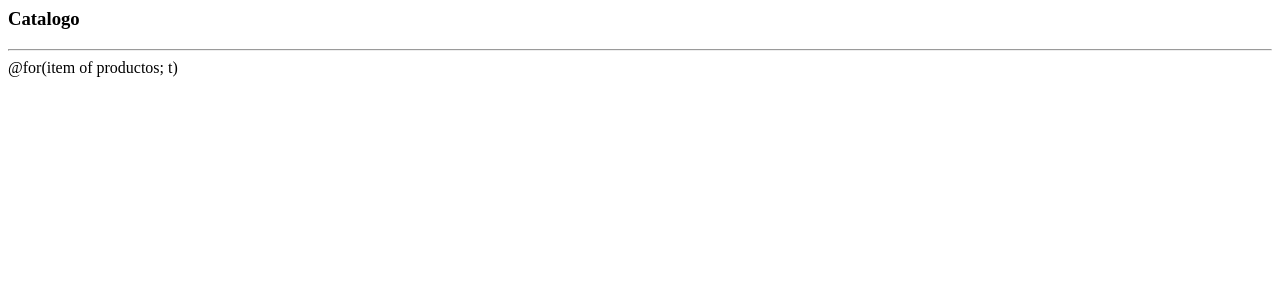
Repository: JoanOrobio77/Online_Store_Angular
Page: src/app/pages/catalogo/catalogo.html
These files come from the project's save history. The page is drawn as it stood at one moment and after the next save; the edit follows.
The browser window is 1280 px wide. The pictures show the whole page.

Above is the page before, as saved 2025-06-26 03:54:16.

After the next save:
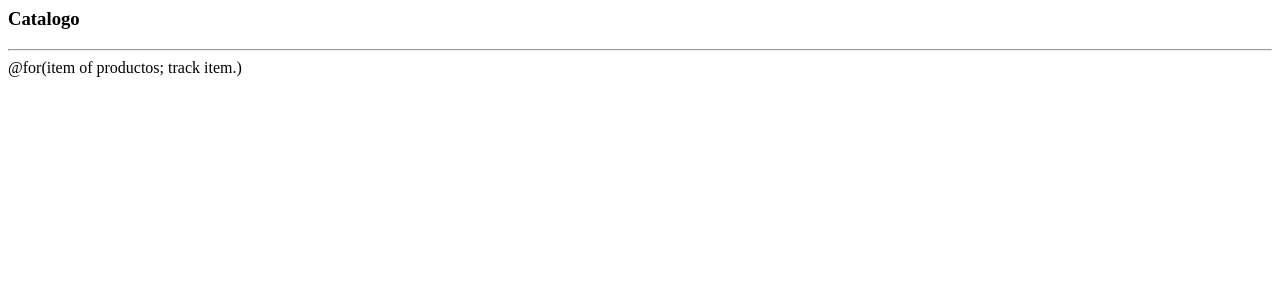
Saved 6 s later.
--- a/src/app/pages/catalogo/catalogo.html
+++ b/src/app/pages/catalogo/catalogo.html
@@ -3,6 +3,6 @@
     <hr />
 
     <div class="row">
-        @for(item of productos; t)
+        @for(item of productos; track item.)
     </div>
 </div>
